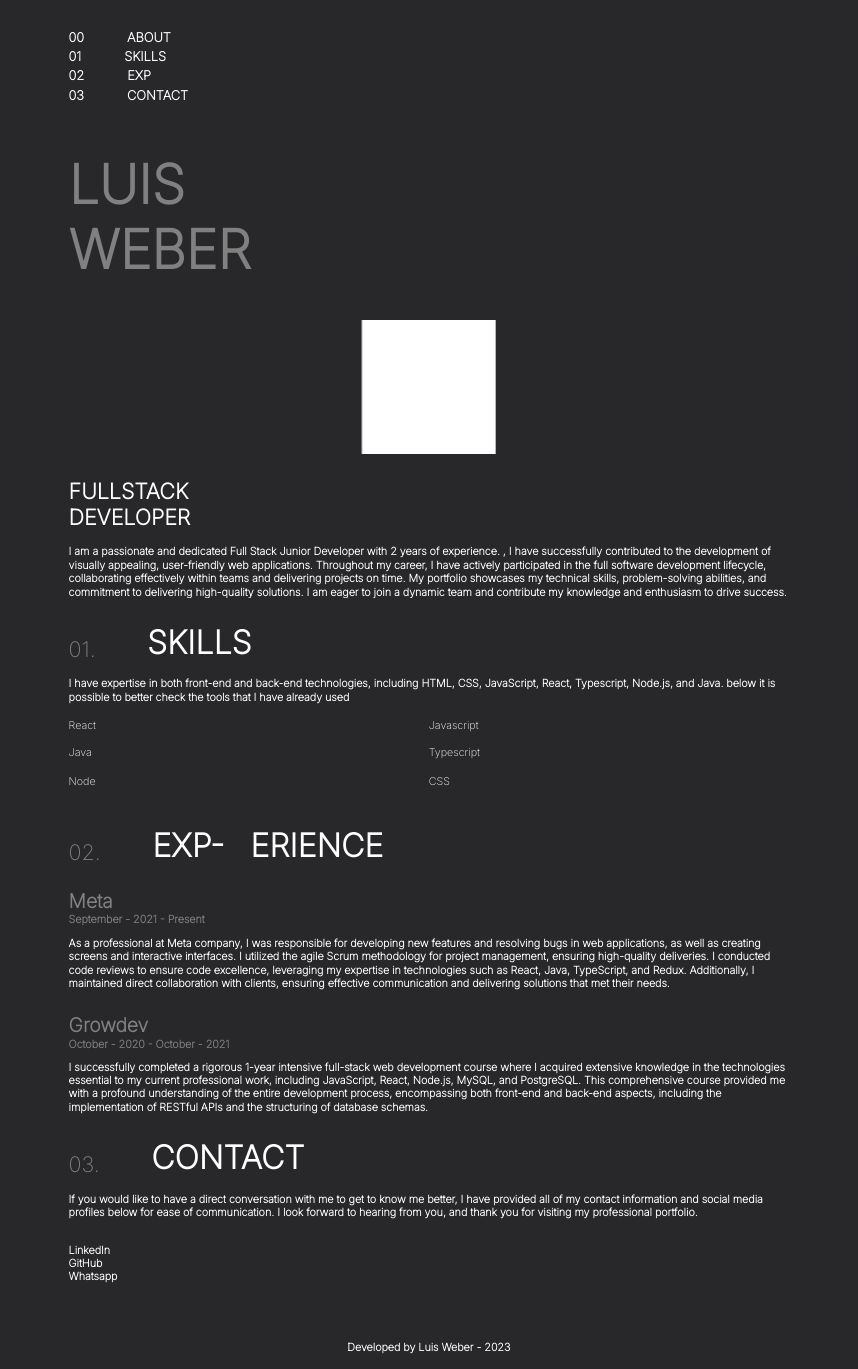
Repository: luiswh1/Portfolio
Page: /
These files come from the project's save history. The page is drawn as it stood at one moment and after the next save; the edit follows.
The browser window is 1280 px wide. The pictures show the whole page, at 67% of full size.
The project was rebuilt for these pictures with package versions that can differ from the ones it lists, and the page was loaded fresh each time.

Above is the page before, as saved 2023-06-01 19:52:31.

### public/index.html
<!DOCTYPE html>
<html lang="en">
  <head>
    <meta charset="utf-8" />
    <link rel="icon" href="%PUBLIC_URL%/favicon.ico" />
    <meta name="viewport" content="width=device-width, initial-scale=1" />
    <meta name="theme-color" content="#000000" />
    <meta
      name="description"
      content="Web site created using create-react-app"
    />
    <link rel="apple-touch-icon" href="%PUBLIC_URL%/logo192.png" />
    <!--
      manifest.json provides metadata used when your web app is installed on a
      user's mobile device or desktop. See https://developers.google.com/web/fundamentals/web-app-manifest/
    -->
    <link rel="manifest" href="%PUBLIC_URL%/manifest.json" />
    <!--
      Notice the use of %PUBLIC_URL% in the tags above.
      It will be replaced with the URL of the `public` folder during the build.
      Only files inside the `public` folder can be referenced from the HTML.

      Unlike "/favicon.ico" or "favicon.ico", "%PUBLIC_URL%/favicon.ico" will
      work correctly both with client-side routing and a non-root public URL.
      Learn how to configure a non-root public URL by running `npm run build`.
    -->

    <link rel="preconnect" href="https://fonts.googleapis.com">
    <link rel="preconnect" href="https://fonts.gstatic.com" crossorigin>
    <link href="https://fonts.googleapis.com/css2?family=Inter:wght@200&family=Poppins:wght@200;300&display=swap" rel="stylesheet">
    <title>React App</title>
  </head>
  <body>
    <noscript>You need to enable JavaScript to run this app.</noscript>
    <div id="root"></div>
    <!--
      This HTML file is a template.
      If you open it directly in the browser, you will see an empty page.

      You can add webfonts, meta tags, or analytics to this file.
      The build step will place the bundled scripts into the <body> tag.

      To begin the development, run `npm start` or `yarn start`.
      To create a production bundle, use `npm run build` or `yarn build`.
    -->
  </body>
</html>

### src/index.tsx
import React from 'react';
import ReactDOM from 'react-dom/client';
import App from './App';
import GlobalStyle from './styles/globalStyles';

const root = ReactDOM.createRoot(
  document.getElementById('root') as HTMLElement
);
root.render(
  <React.StrictMode>
    <GlobalStyle />
    <App />
  </React.StrictMode>
);

### src/App.tsx
import React from 'react';
import Home from './Pages/Home';

function App() {
  return (
   <Home />
  );
}

export default App;

### src/styles/globalStyles.tsx
import { createGlobalStyle } from 'styled-components'


const GlobalStyle = createGlobalStyle`
* {
    margin: 0;
    font-family: Inter;
  }

html {
  scroll-behavior: smooth;
}

  html, body {
    height: 100%;
    background-color: #28282B;
    color: white;
  }

`

export default GlobalStyle

### src/Pages/Home.tsx
import {
  Container,
  NameSection,
  StyledName,
  InnerContainer,
  Profession,
  About,
  LabelTitle,
  NumberIndex,
  IndexTitle,
  ListSkills,
  SkillItem,
  StyledSpanExp,
  Experience,
  Company,
  Date,
  Description,
  SectionContacts,
  ContactItem,
  FooterSection,
} from "./HomeStyles";
import IndexList from "../Components/IndexList/IndexList";
import { Fade } from "react-awesome-reveal";

const Home = () => {
  return (
    <Container>
      <InnerContainer>
        <Fade direction="down" triggerOnce>
          <IndexList />
          <NameSection>
            <StyledName>
              LUIS <br />
              WEBER
            </StyledName>
          </NameSection>

        <div style={{width: '200px', height: '200px', backgroundColor: 'white', margin: 'auto', marginTop: '8vh'}}></div>
          <Profession>
            FULLSTACK <br />
            DEVELOPER
          </Profession>

          <About>
            I am a passionate and dedicated Full Stack Junior Developer with 2
            years of experience. , I have successfully contributed to the
            development of visually appealing, user-friendly web applications.
            Throughout my career, I have actively participated in the full
            software development lifecycle, collaborating effectively within
            teams and delivering projects on time. My portfolio showcases my
            technical skills, problem-solving abilities, and commitment to
            delivering high-quality solutions. I am eager to join a dynamic team
            and contribute my knowledge and enthusiasm to drive success.
          </About>

          <LabelTitle>
            <NumberIndex>01.</NumberIndex>
            <IndexTitle>SKILLS</IndexTitle>
          </LabelTitle>

          <About>
            I have expertise in both front-end and back-end technologies,
            including HTML, CSS, JavaScript, React, Typescript, Node.js, and
            Java. below it is possible to better check the tools that I have
            already used
          </About>

          <ListSkills>
            <SkillItem>React</SkillItem>
            <SkillItem>Javascript</SkillItem>
            <SkillItem>Java</SkillItem>
            <SkillItem>Typescript</SkillItem>
            <SkillItem>Node</SkillItem>
            <SkillItem>CSS</SkillItem>
          </ListSkills>

          <LabelTitle id="parent">
            {/* TODO Ajustar o EXP em diferente resoluções de celular, pois está ficando desalinhado com o ERIENCE */}
            <div>
              <NumberIndex>02.</NumberIndex>
            </div>
            <div id="divhaha">
              <StyledSpanExp>EXP-</StyledSpanExp>
              <IndexTitle>ERIENCE</IndexTitle>
            </div>
          </LabelTitle>

          <Experience>
            <Company>Meta</Company>
            <Date>September - 2021 - Present</Date>
            <Description>
              As a professional at Meta company, I was responsible for
              developing new features and resolving bugs in web applications, as
              well as creating screens and interactive interfaces. I utilized
              the agile Scrum methodology for project management, ensuring
              high-quality deliveries. I conducted code reviews to ensure code
              excellence, leveraging my expertise in technologies such as React,
              Java, TypeScript, and Redux. Additionally, I maintained direct
              collaboration with clients, ensuring effective communication and
              delivering solutions that met their needs.
            </Description>
          </Experience>

          <Experience>
            <Company>Growdev</Company>
            <Date>October - 2020 - October - 2021</Date>
            <Description>
              I successfully completed a rigorous 1-year intensive full-stack
              web development course where I acquired extensive knowledge in the
              technologies essential to my current professional work, including
              JavaScript, React, Node.js, MySQL, and PostgreSQL. This
              comprehensive course provided me with a profound understanding of
              the entire development process, encompassing both front-end and
              back-end aspects, including the implementation of RESTful APIs and
              the structuring of database schemas.
            </Description>
          </Experience>

          <LabelTitle>
            <NumberIndex>03.</NumberIndex>
            <IndexTitle>CONTACT</IndexTitle>
          </LabelTitle>

          <About>
            If you would like to have a direct conversation with me to get to
            know me better, I have provided all of my contact information and
            social media profiles below for ease of communication. I look
            forward to hearing from you, and thank you for visiting my
            professional portfolio.
          </About>

          <SectionContacts>
            <ContactItem>LinkedIn</ContactItem>
            <ContactItem>GitHub</ContactItem>
            <ContactItem>Whatsapp</ContactItem>
          </SectionContacts>

          <FooterSection>
            <h4 style={{ marginBottom: "3vh" }}>
              Developed by Luis Weber - 2023
            </h4>
          </FooterSection>
        </Fade>
      </InnerContainer>
    </Container>
  );
};

export default Home;

### src/Pages/HomeStyles.tsx
import { styled } from "styled-components";

export const Container = styled.div`
  width: 100%;
  height: 100%;
  overflow: hidden;
`;

export const InnerContainer = styled.div`
  margin-left: 8vw;
  margin-right: 8vw;
`;

export const NameSection = styled.div`
  width: 100%;
  height: 100%;
  margin-top: 10vh;
`;

export const StyledName = styled.h1`
  font-size: 5em;
  color: gray;
`;

export const Profession = styled.h1`
margin-top: 5vh;
`

export const About = styled.p`
margin-top: 3vh;
color: white;
font-weight: bold;
`
export const LabelTitle = styled.div`
margin-top: 5vh;
display: flex;
align-items: flex-end;
`

export const NumberIndex = styled.span`
  font-size: 2em;
  color: gray;
  margin-right: 3vw;
`;

export const IndexTitle = styled.span`
  font-size: 3em;
  color: white;
  margin-left: 3vw;
  font-weight: bold;
`;


export const ListSkills = styled.div`
margin-top: 3vh;
display: flex;
  flex-wrap: wrap;
`;

export const SkillItem = styled.span`
flex-basis: 50%;
margin-bottom: 3vh;
color: white;
`;

export const StyledSpanExp = styled.span`
font-size: 3em;
color: white;
font-weight: bold;
margin-left: 3vw;
`

export const Experience = styled.section`
margin-top: 5vh;
color: gray;
`

export const Company = styled.h5`
font-size: 1.8em;
`

export const Date = styled.h6`
font-size: 1em;
`

export const Description = styled.p`
color: white;
font-weight: bold;
margin-top: 2vh;
`

export const SectionContacts = styled.p`
margin-top: 5vh;
display: flex;
flex-wrap: wrap;
`

export const ContactItem = styled.span`
flex-basis: 100%;
color: white;
font-weight: bold;
`

export const FooterSection = styled.section`
margin-top: 12vh;
color: white;
font-weight: bold;
display: flex;
justify-content: center;
`

### src/Components/IndexList/IndexList.tsx
import React from "react";
import { Sections, SectionItem } from "./IndexListStyles";

const IndexList = () => {
  return (
    <>
      <Sections>
        <SectionItem>
          <span>00</span>
          <span>ABOUT</span>
        </SectionItem>
        <SectionItem>
          <span>01</span>
          <span>SKILLS</span>
        </SectionItem>
        <SectionItem>
          <span>02</span>
          <span>EXP</span>
        </SectionItem>
        <SectionItem>
          <span>03</span>
          <span>CONTACT</span>
        </SectionItem>
      </Sections>
    </>
  );
};

export default IndexList;

### src/Components/IndexList/IndexListStyles.tsx
import { styled } from "styled-components";

export const Sections = styled.div`
margin-top: 6vh;
`

export const SectionItem = styled.span`
color: white;
font-size: 1.2rem;
font-weight: bold;
display: block;
span:first-child {
    margin-right: 5vw;
  }
  margin-top: 5px;
`

After the next save:
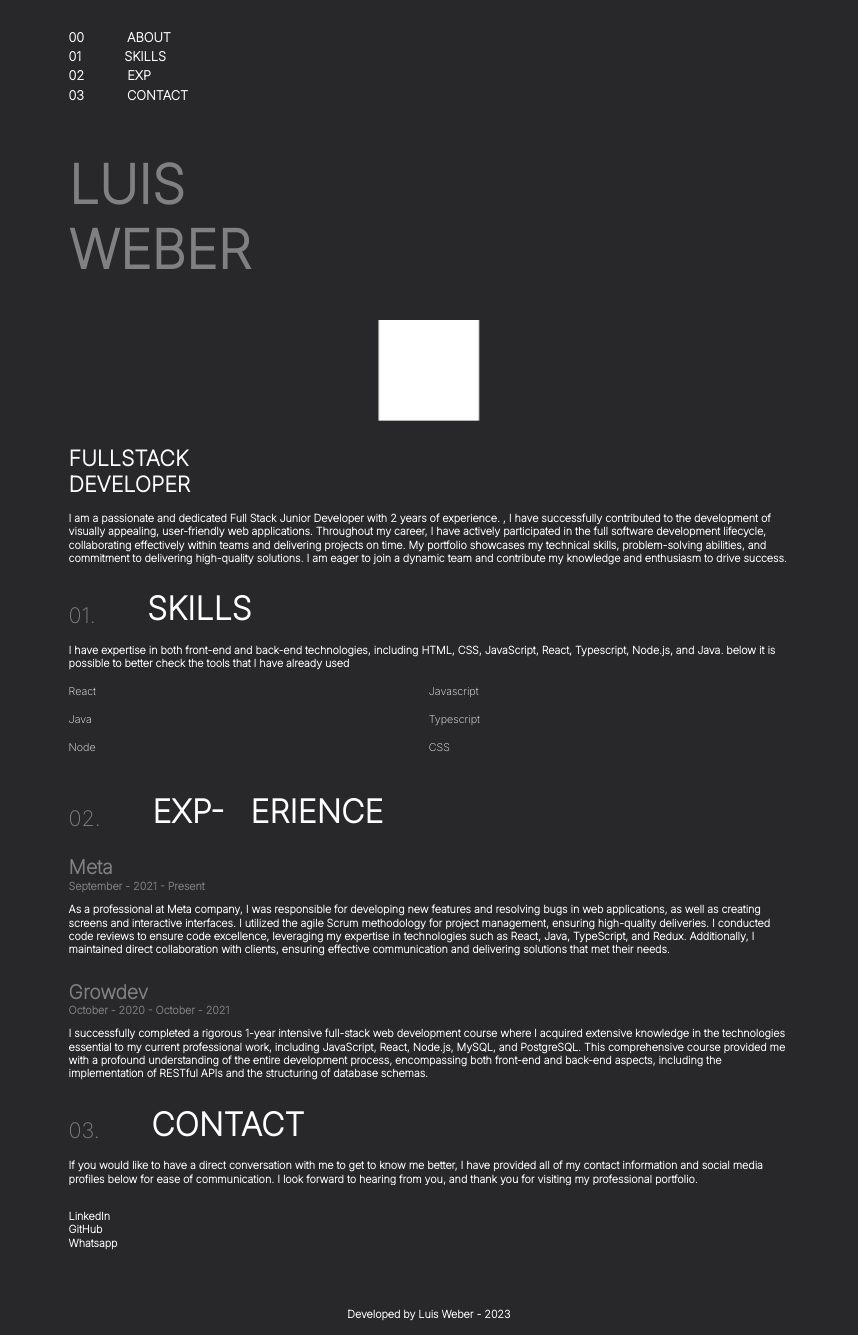
Saved 21 s later.
--- a/src/Pages/Home.tsx
+++ b/src/Pages/Home.tsx
@@ -35,7 +35,7 @@ const Home = () => {
             </StyledName>
           </NameSection>
 
-        <div style={{width: '200px', height: '200px', backgroundColor: 'white', margin: 'auto', marginTop: '8vh'}}></div>
+        <div style={{width: '150px', height: '150px', backgroundColor: 'white', margin: 'auto', marginTop: '8vh'}}></div>
           <Profession>
             FULLSTACK <br />
             DEVELOPER
